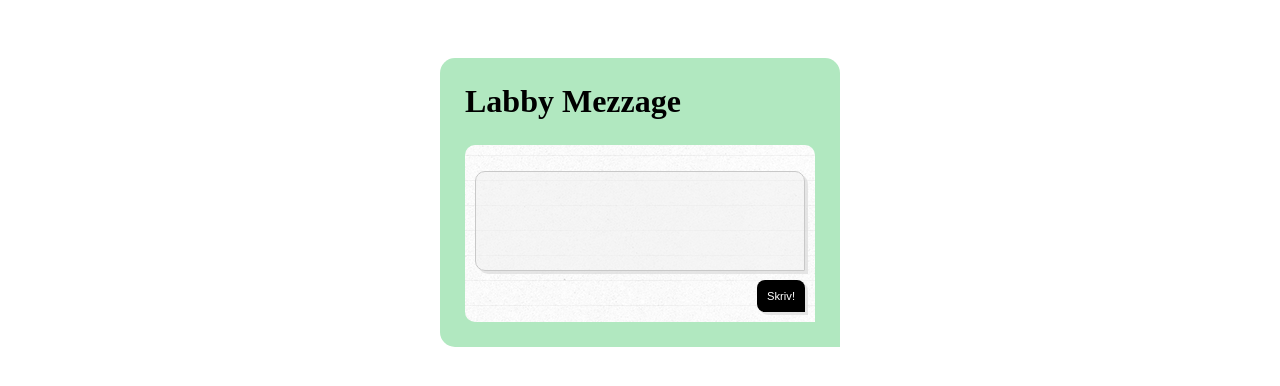
Repository: lw222gu/1dv403-laborationer
Page: 2-labbymezzage/index.html
The author's editor kept a record of every edit. The page is drawn from the files as they stood at one moment, then again after the next edit.
The browser window is 1280 px wide. The pictures show the whole page.
Some web fonts or font styles are not loaded; a fallback is used.

Above is the page before.

### 2-labbymezzage/index.html
<!doctype html>
<html lang = "sv">
    <head>
        <meta charset="utf-8" />
        <meta name="viewport" content="width=device-width, initial-scale=1.0" />
        <title>Labby Mezzage</title>

        <!-- Main CSS -->
        <link rel="stylesheet" href="css/style.css" />

        <!-- Fonts -->
        <link href='//fonts.googleapis.com/css?family=Shadows+Into+Light+Two' rel='stylesheet' type='text/css'>

        <!-- JavaScript -->
        <script src="mainscript.js"></script>
        <script src="message.js"></script>

    </head>

    <body>

        <div id="container">
            <header>
                <h1>Labby Mezzage</h1>
            </header>

            <main>
                <div id="messages">
<!--                <ul>
                        <li>Ett testinlägg för att kunna skriva css:en för listor och listelement.</li>
                        <li>Ett testinlägg för att kunna skriva css:en för listor och listelement.</li>
                    </ul>
-->
                </div>
                <div id="counter"></div>
                <textarea class="textbox"></textarea>
                <input id="button" type="submit" value="Skriv!" />
            </main>
        </div>

    </body>
</html>

### 2-labbymezzage/css/style.css
body {
    font-size: 1em;
    padding-top:50px;
    font-family:Arial, sans-serif;
}

#container {
    max-width: 350px;
    margin: 0 auto 0 auto;
    background-color:#B1E8C0;
    overflow: auto;
    padding:25px;
    border-radius:15px 15px 0px 15px;
}

main {
    width:inherit;
    background-color:#FFF;
    background-image:url(pics/linedpaper.png);
    margin-top:25px;
    padding:10px;
    border-radius:10px 10px 0px 10px;
    overflow:auto;

}

h1 {
    font-family: 'Shadows Into Light Two', cursive;
    color: #000 ;
    margin:0px;
}

ul {
    list-style:none;
    padding-left:0px;
}

li {
    padding:10px;
    font-size:0.7em;
    color:#000;
    background-color:rgba(240, 240, 240, 0.5);
    border-radius:10px 10px 0px 10px;
    box-shadow:3px 3px 0px rgba(220, 220, 220, 0.7);
    margin-bottom: 6px;

}

.textbox {
    resize:none;
    box-sizing:border-box;
    width: 100%;
    overflow:auto;
    height:100px;
    padding:10px;
    margin-bottom:5px;
    border-width:1px;
    border-color:rgb(200, 200, 200);
    border-style:solid;
    border-radius:10px 10px 0px 10px;
    box-shadow:3px 3px 0px rgba(220, 220, 220, 0.7);
    background-color:rgba(240, 240, 240, 0.5);
}

#button {
    float:right;
    padding:10px;
    border-radius:8px 8px 0px 8px;
    border:none;
    color:#FFF;
    background-color:#000;
    cursor: pointer;
    box-shadow:3px 3px 0px rgba(220, 220, 220, 0.7);
    font-size:0.7em;
}

### 2-labbymezzage/mainscript.js
"use strict";

var mezzageApp = {

    messages: [],

    init: function(e){

        var divMessages = document.getElementById("messages");
        var ul = document.createElement("ul");
        var clickedOnce = false;

        var button = document.querySelector("#button");
        divMessages.appendChild(ul);

        button.onclick = function(){

        var mess = new Message(Message.message, Message.date);
        mezzageApp.messages.push(mess);
        console.log(mezzageApp.messages);

        var li;

        for (mess in mezzageApp.messages){
            li = document.createElement("li");
        }

        ul.appendChild(li);

        };



//        sendMess.addEventListener("click", function(){
//           var mess = new Message();
//        });

   /*
        var mess = new Message("Testmeddelande", new Date());
        alert(mess);
        alert(mess.getText());
        mess.setText("En annan text att testa");
        alert(mess);

        mezzageApp.messages.push(mess, "Kiwi");
        alert(mezzageApp.messages[1]);
        console.log(mess);
    */
    }
};

window.onload = mezzageApp.init; //pekar på metoden init som kommer köras när sidan laddats

### 2-labbymezzage/message.js
"use strict";
/* Message constructor */

function Message(message, date){

    this.getText = function(){
        return message;
    };

    this.setText = function(_text){
        message = _text;
    };

    this.getDate = function(){
        return date;
    };

    this.setDate = function(_date){
        date = new Date();
    };
}

Message.prototype.toString = function(){
    // Returnerar objektet som en sträng
    return (this.getText() + " (" + this.getDate() + ")");
};

Message.prototype.getHTMLText = function(){
    // Hämtar texten med \n utbytt mot <br/>
    var text = this.getText();
    return text;

};

Message.prototype.getDateText = function(){
    var dateText = this.getDate();
    return dateText;
};

After the next edit:
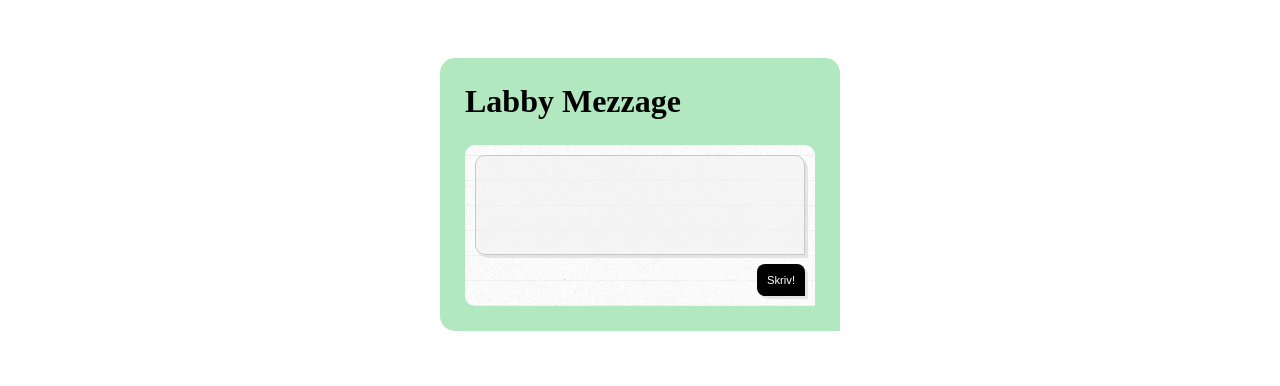
The edit:
--- a/2-labbymezzage/mainscript.js
+++ b/2-labbymezzage/mainscript.js
@@ -11,9 +11,14 @@
         var clickedOnce = false;
 
         var button = document.querySelector("#button");
+
+        button.onclick = function(){
+            if(!clickedOnce){
+
+            }
+
         divMessages.appendChild(ul);
 
-        button.onclick = function(){
 
         var mess = new Message(Message.message, Message.date);
         mezzageApp.messages.push(mess);
